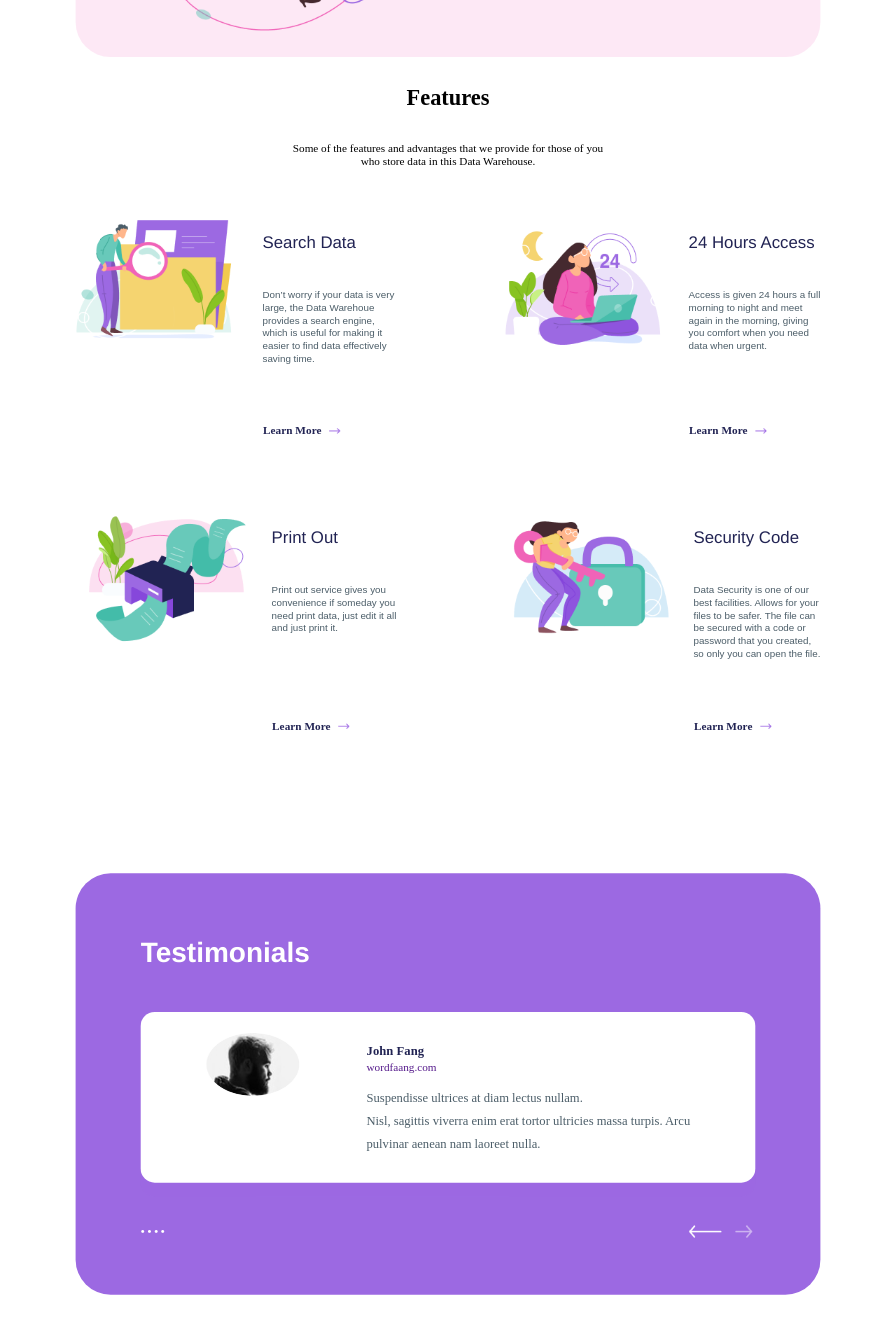
Repository: batonAnton/HW6_flexbox
Page: index.html
The author's editor kept a copy of each file at every save. The page is drawn from the files as they stood at one save, then again after the next save.
The browser window is 1280 px wide. The pictures show the part of the page from y = 1251 to 3171 px (the page is 3171 px tall before and 3111 px after), at 70% of full size.
Some web fonts or font styles are not loaded; a fallback is used.

Above is the page before, as saved 2022-06-19 15:33:13.

After the next save:
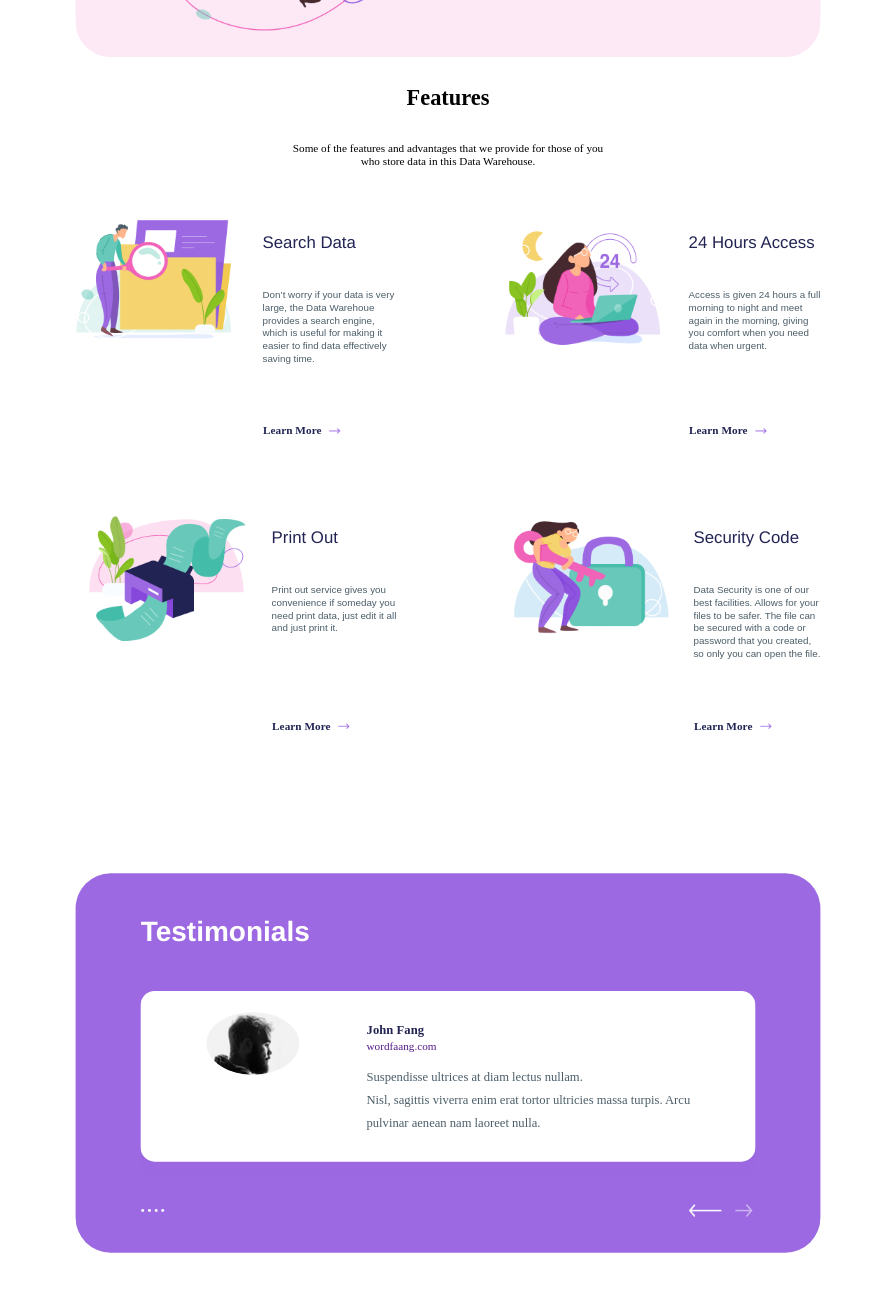
Saved 5 min 3 s later.
--- a/css/style.css
+++ b/css/style.css
@@ -230,7 +230,7 @@ height: 160px;
   /* height: 709px; */
   background-color: #9C69E2;
   border-radius: 50px;
-  padding: 60px 93px;
+  padding: 30px 93px;
 }
 
 .section4 h1{
